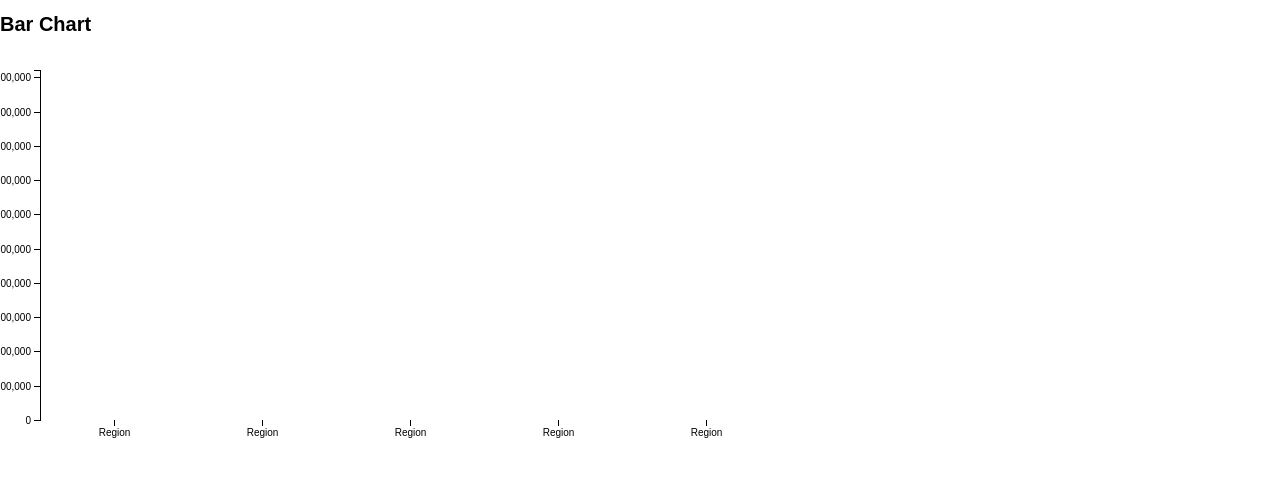
Repository: komalharjani/d3js-visualisation
Page: index.html
These files come from the project's save history. The page is drawn as it stood at one moment and after the next save; the edit follows.
The browser window is 1280 px wide. The pictures show the whole page.

Above is the page before, as saved 2020-05-01 18:02:28.

After the next save:
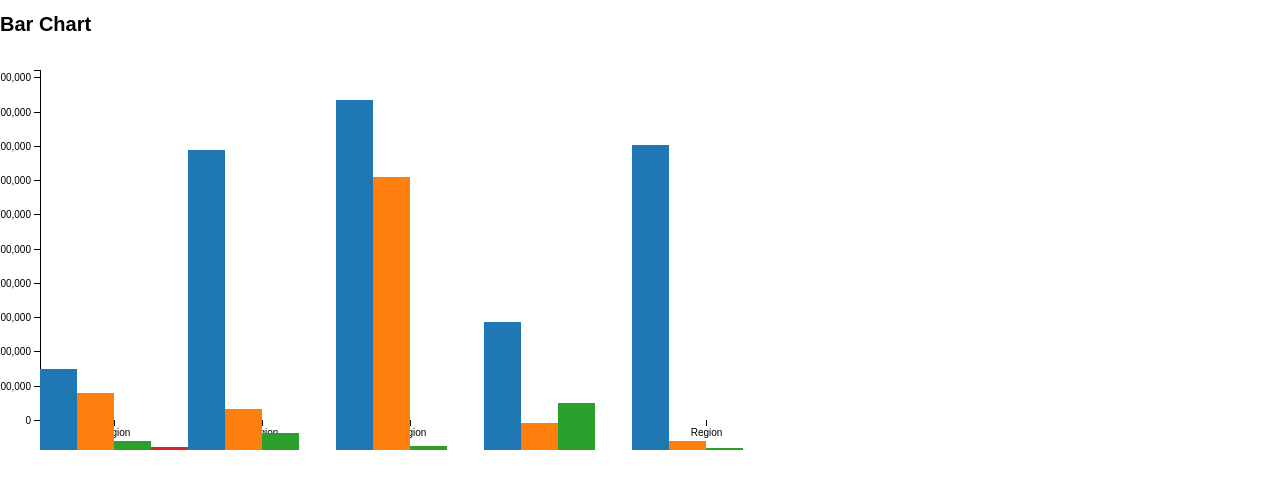
Saved 6 s later.
--- a/tryURL.js
+++ b/tryURL.js
@@ -188,8 +188,8 @@ d3.csv(dataPath)
             .transition()
             .delay(function (d) {return Math.random()*1000;})
             .duration(1000)
-            .attr("y", function(d) { return y(d.grpValue); })
-            .attr("height", function(d) { return height - y(d.grpValue); });
+            .attr("y", function(d) { return y(d.avg); })
+            .attr("height", function(d) { return height - y(d.avg); });
 
 
 
